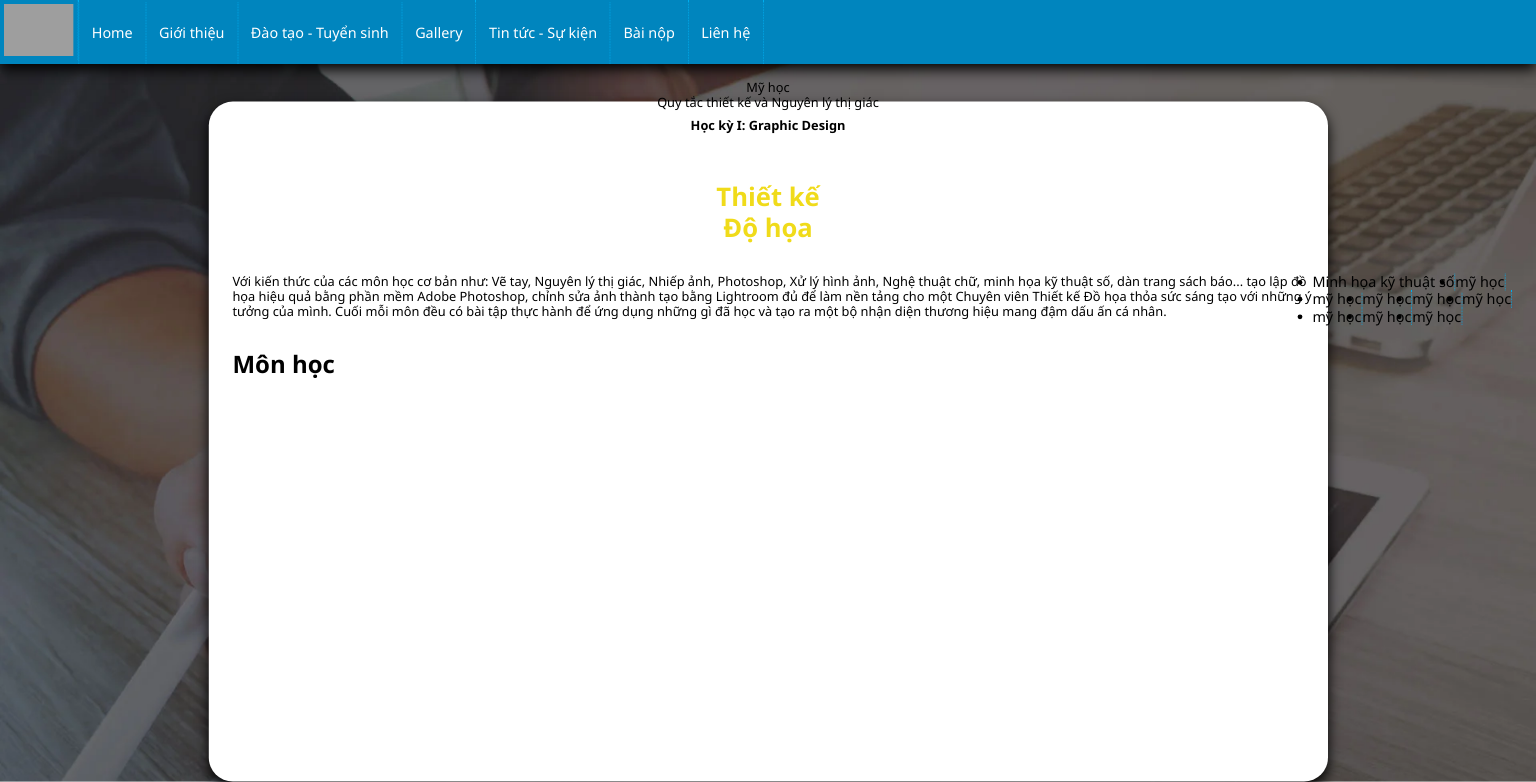
Repository: arena-dttan/dcw-final-exam-d2107m1
Page: final-list/DCW_Final_5_Nguyen-Thi-Thu-Huong_D2107M1/chuong-trinh-dao-tao.html
The author's editor kept a copy of each file at every save. The page is drawn from the files as they stood at one save, then again after the next save.
The browser window is 1280 px wide. The page is 1920 px wide, so the pictures cover 1920 px, including what lies to the right of the window. The pictures show the whole page, at 80% of full size.
Pictures or frames that could not be fetched are drawn as grey boxes.

Above is the page before, as saved 2022-06-26 19:51:56.

After the next save:
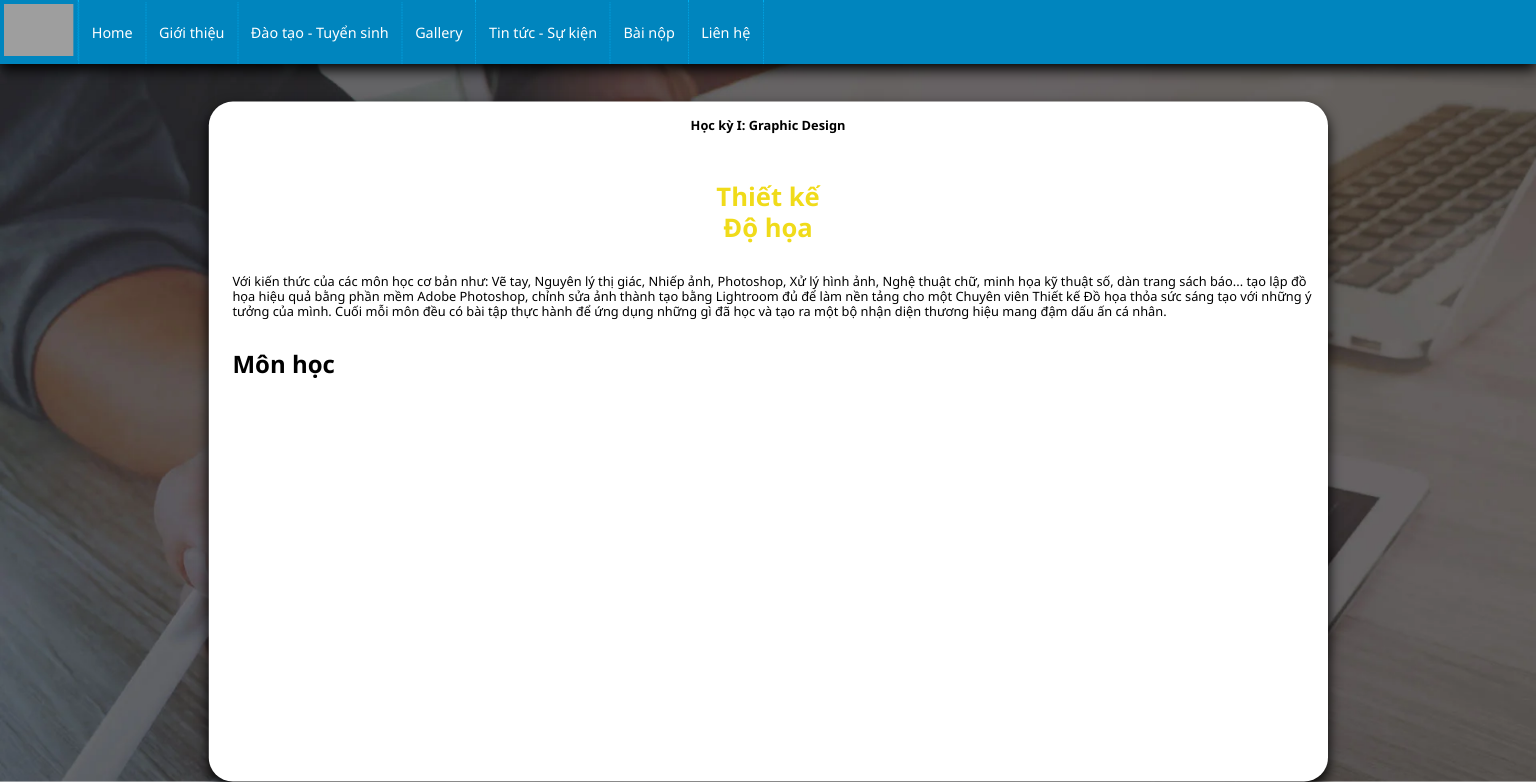
Saved 35 s later.
--- a/final-list/DCW_Final_5_Nguyen-Thi-Thu-Huong_D2107M1/chuong-trinh-dao-tao.html
+++ b/final-list/DCW_Final_5_Nguyen-Thi-Thu-Huong_D2107M1/chuong-trinh-dao-tao.html
@@ -87,19 +87,5 @@
         </div>
     </div>
 </body>
-<body>
-    <ul class="a b">
-        <div>Mỹ học</div>
-        <div>Quy tắc thiết kế và Nguyên lý thị giác</div>
-        <li>Minh họa kỹ thuật số</li>
-        <li>mỹ học</li>
-        <li>mỹ học</li>
-        <li>mỹ học</li>
-        <li>mỹ học</li>
-        <li>mỹ học</li>
-        <li>mỹ học</li>
-        <li>mỹ học</li>
-        <li>mỹ học</li>
-       </ul>
 </body>
 </html>
